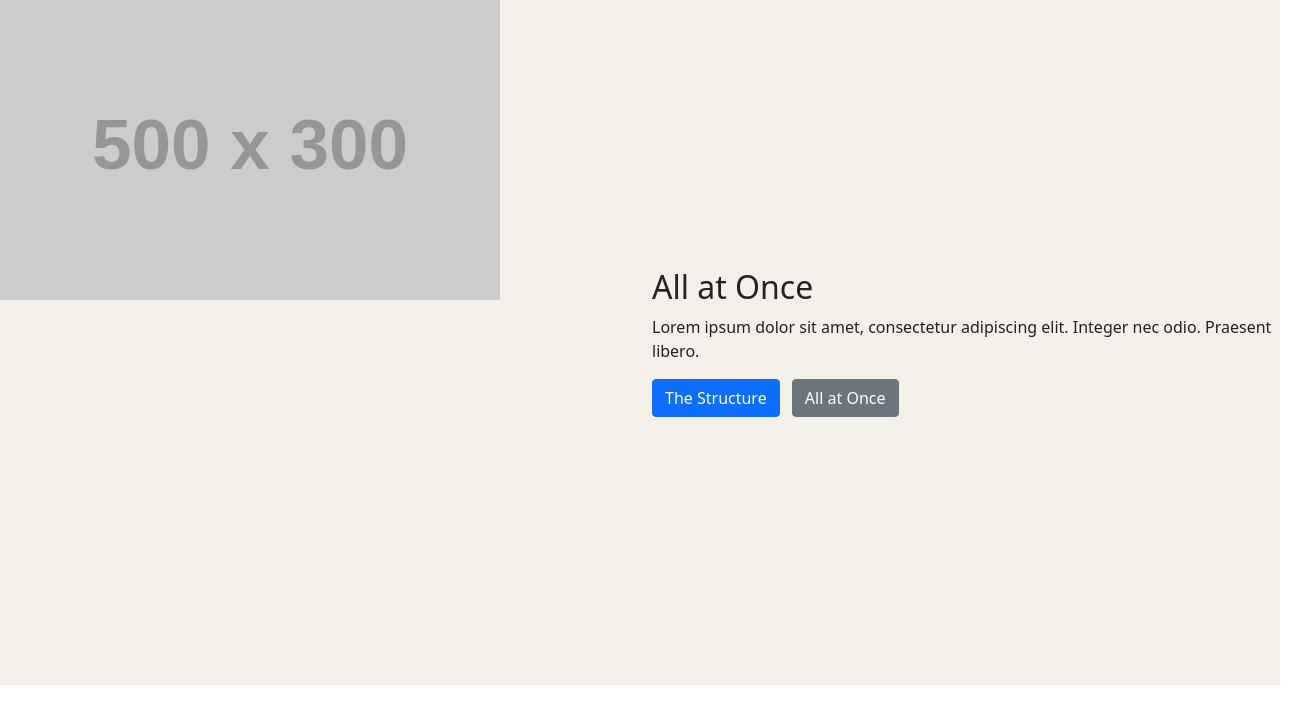
Repository: angelica-hom/msdv-thesis
Page: once.html
The author's editor kept a record of every edit. The page is drawn from the files as they stood at one moment, then again after the next edit.
The browser window is 1280 px wide. The page is 1280 px wide, then 1292 px, so the pictures cover 1292 px, including what lies to the right of the window. The pictures show the whole page.

Above is the page before.

After the next edit:
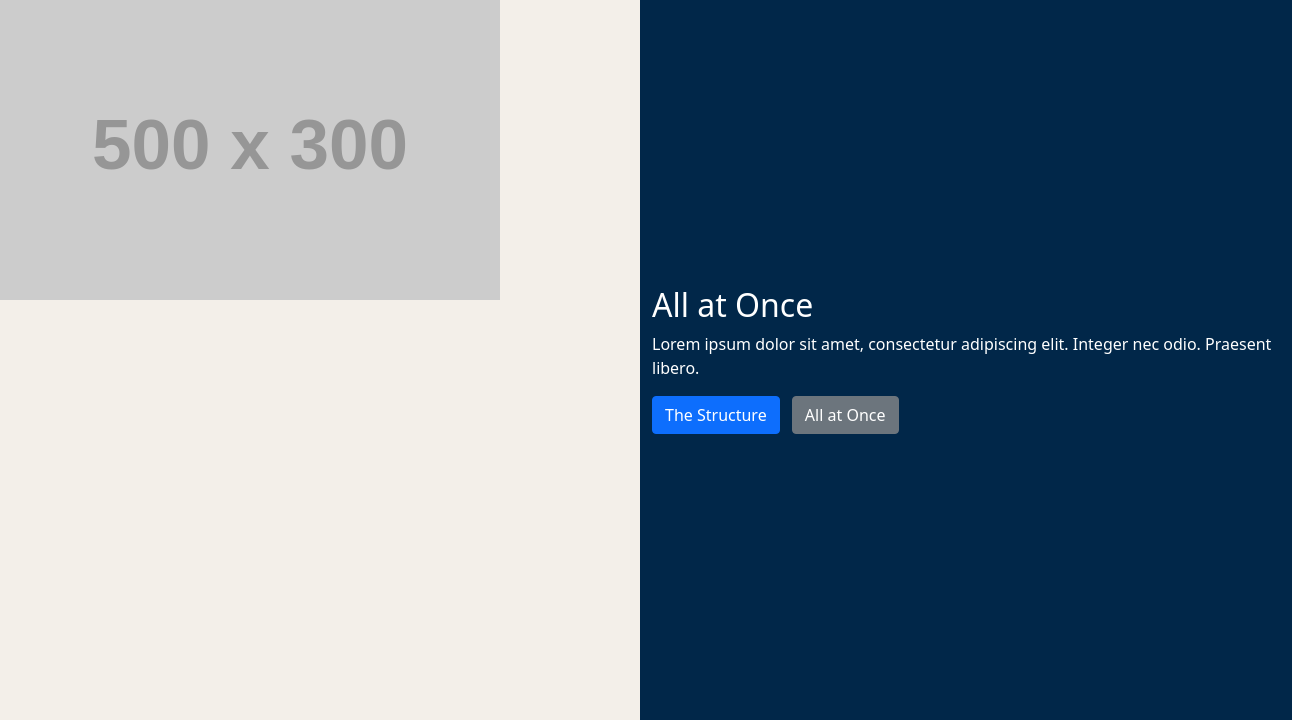
The edit:
--- a/once.html
+++ b/once.html
@@ -4,7 +4,7 @@
     <meta charset="utf-8">
     <meta name="viewport" content="width=device-width, initial-scale=1">
     <link href="https://cdn.jsdelivr.net/npm/bootstrap@5.1.3/dist/css/bootstrap.min.css" rel="stylesheet">
-    <link href="universes.css" rel="stylesheet">
+    <link href="once.css" rel="stylesheet">
     <title>Responsive Webpage with Image and Text</title>
 </head>
 <body>
